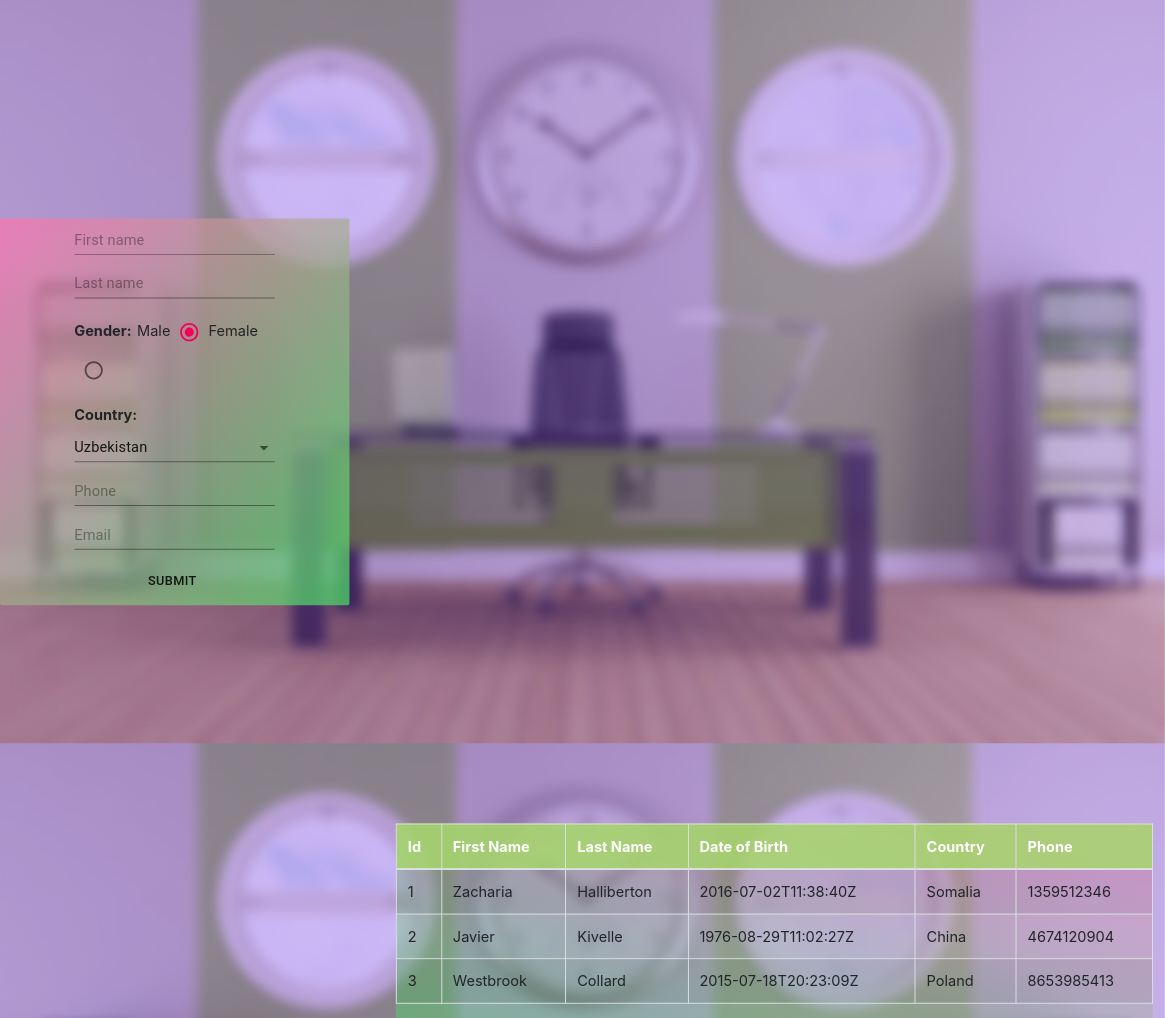
Repository: abrorsaidov/table-table
Page: /
These files come from the project's save history. The page is drawn as it stood at one moment and after the next save; the edit follows.
The browser window is 1280 px wide. The pictures show the whole page, at 91% of full size.
Backgrounds fixed to the window are drawn as part of the page. The project was rebuilt for these pictures with package versions that can differ from the ones it lists, and the page was loaded fresh each time. Also part of the build but not shown: src/components/ComponentC.js.

Above is the page before, as saved 2020-12-05 01:16:08.

After the next save:
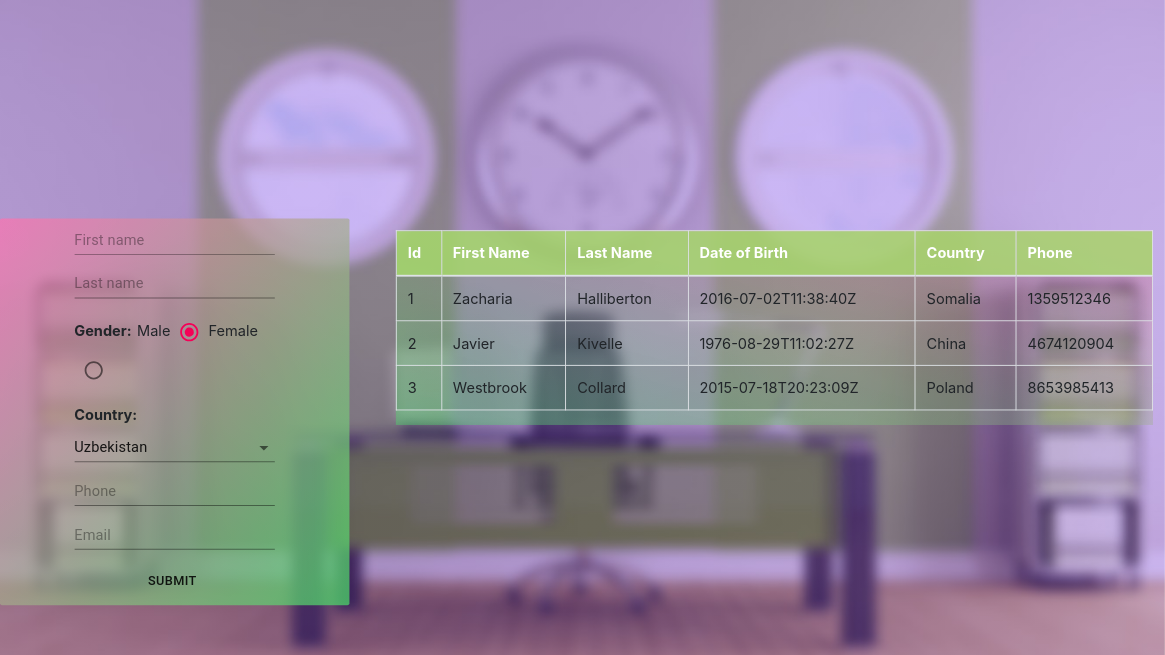
Saved 33 s later.
--- a/src/App.css
+++ b/src/App.css
@@ -82,8 +82,8 @@ option {
   );
   position: absolute;
   width: 65%;
-  margin-top: 15em;
-  /* transform: translateY(-50%); */
+  top: 50%;
+  transform: translateY(-50%);
   right: 1%;
   /* justify-content: center;
   display: flex; */
